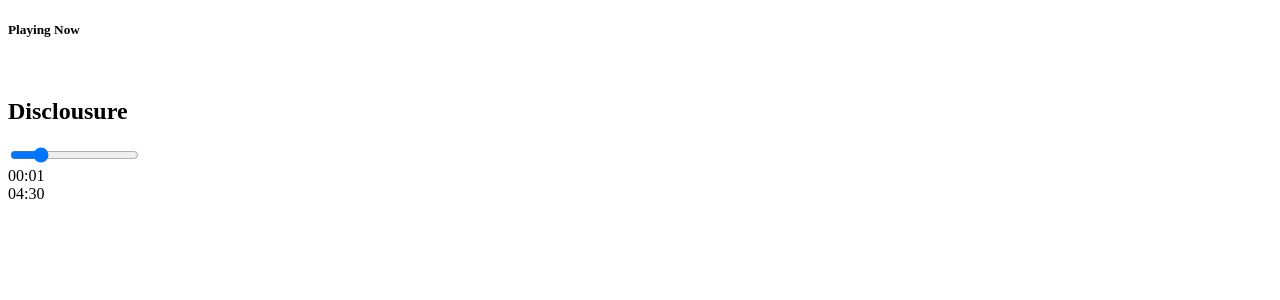
Repository: NickArregoces/ReproductorMusica
Page: Index.html
An editor plug-in stored every save of this project. The page is shown before and after the next save, followed by the edit.
The browser window is 1280 px wide. The pictures show the whole page.
Some icons come from a web library that is not loaded, so they are not drawn. Some web libraries are served in a nearby version.

Above is the page before, as saved 2021-12-27 15:49:22.

### Index.html
<!DOCTYPE html>
<html lang="en">
<head>
    <meta charset="UTF-8">
    <meta http-equiv="X-UA-Compatible" content="IE=edge">
    <meta name="viewport" content="width=device-width, initial-scale=1.0">
    <title>Music</title>

    <!--FontAwesome-->

</head>
<body>


    <div class="container">
        <div class="player">
            <div class="player__controls">
                <div class="player__btn">
                    <div class="player__btn--small">
                        <i class="fas fa-arrow_left"></i>
                    </div>
                    <h5 class="player__title"> Playing Now</h5>
                    <div class="player__btn--small">
                        <i class="fas fa-bars"></i>
                    </div>
                </div>

                <div class="player__album">
                    <img src="" alt="" class="player__img">
                </div>

                <h2 class="plater__artist">Disclousure</h2>
                <h3 class="player__song"></h3>

                <input type="range" value="20" min=0 class="player__level">

                <div class="audio__duration">
                    <div class="start">00:01</div>
                    <div class="end">04:30</div>
                </div>

            </div>
        </div>
    </div>
    <script src="./main.js" ></script>
</body>
</html>

Loaded but not shown: main.js (no stored copy; drawn as an empty file)

After the next save:
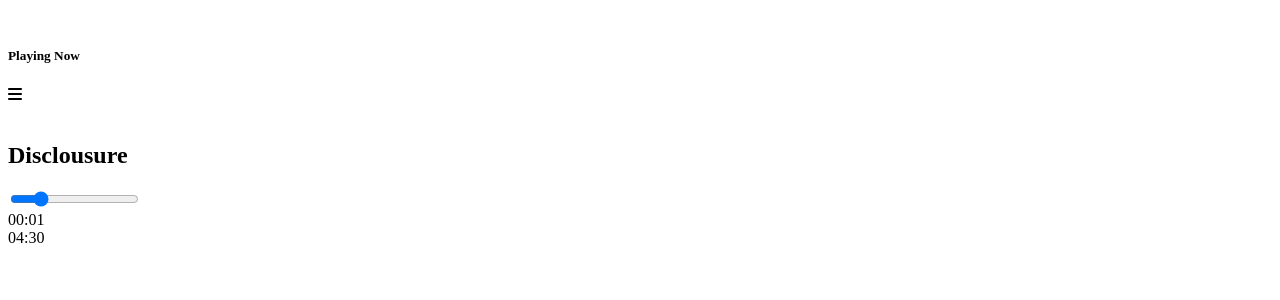
Saved 7 s later.
--- a/Index.html
+++ b/Index.html
@@ -7,6 +7,7 @@
     <title>Music</title>
 
     <!--FontAwesome-->
+    <script src="https://kit.fontawesome.com/fc28c3338f.js" crossorigin="anonymous"></script>
 
 </head>
 <body>
